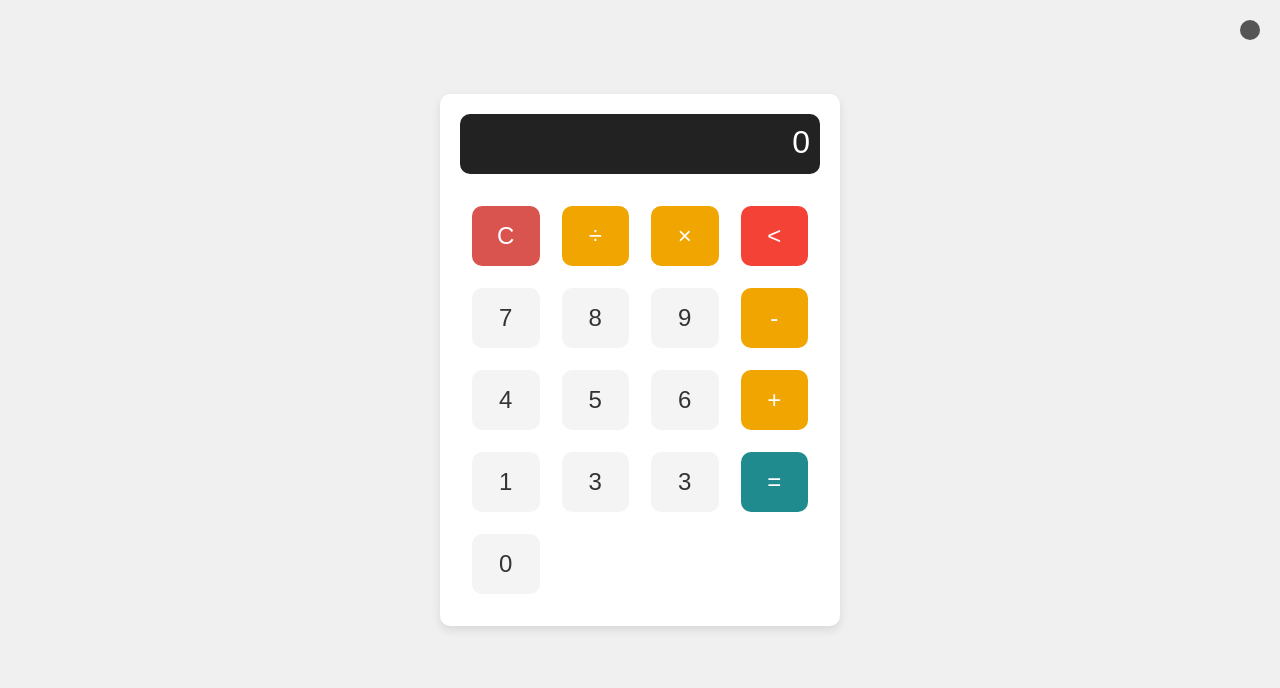
Repository: akhiranandan-04/Calculator
Page: index.html
These files come from the project's save history. The page is drawn as it stood at one moment and after the next save; the edit follows.
The browser window is 1280 px wide. The pictures show the whole page.

Above is the page before, as saved 2024-10-09 17:15:39.

After the next save:
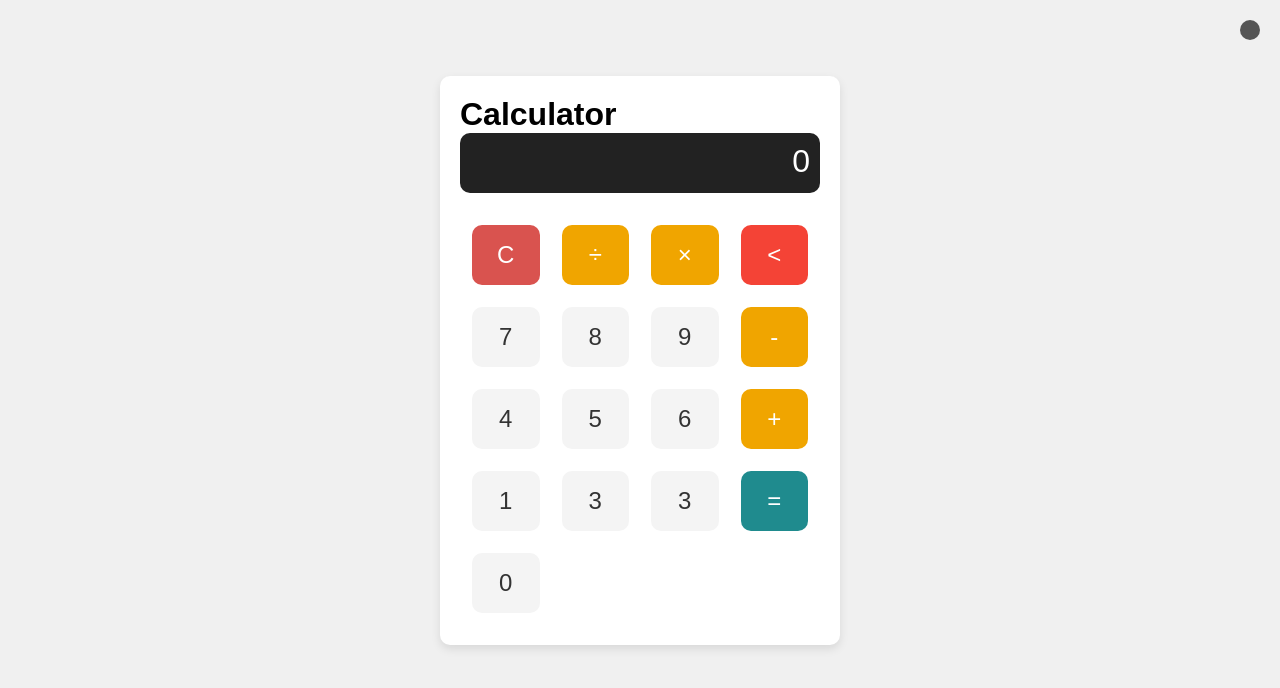
Saved 25 s later.
--- a/index.html
+++ b/index.html
@@ -10,6 +10,7 @@
 
     <div class="container">
         <div class="calculater dark">
+            <h1>Calculator</h1>
             <div class="theme-toggler active">
                 <i class="toggler-icon"></i>
             </div>
